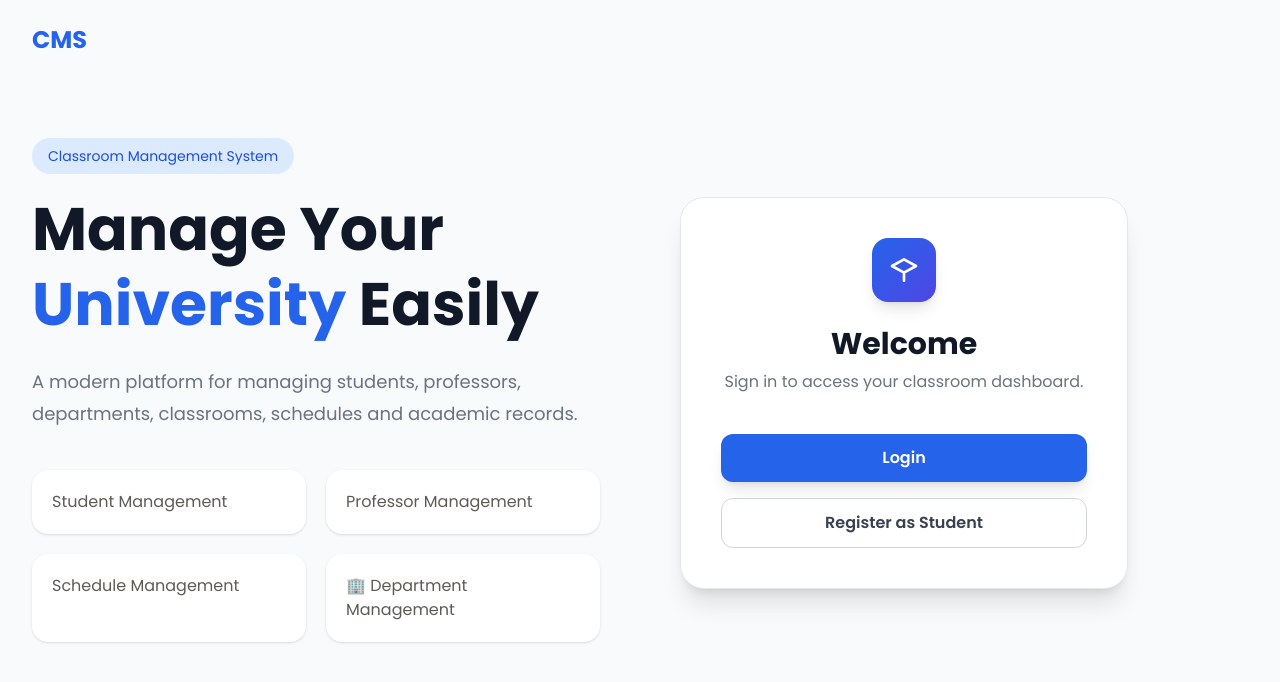
Repository: Chocovcandy/Classroom_Management_System
Page: http://localhost/Login_page
These files come from the project's save history. The page is drawn as it stood at one moment and after the next save; the edit follows.
The browser window is 1280 px wide. The pictures show the whole page.
Some web libraries are served in a nearby version. The page is served by the project's Laravel application, run on PHP 8.4 with Laravel 12.

Above is the page before, as saved 2026-07-22 11:16:46.

After the next save:
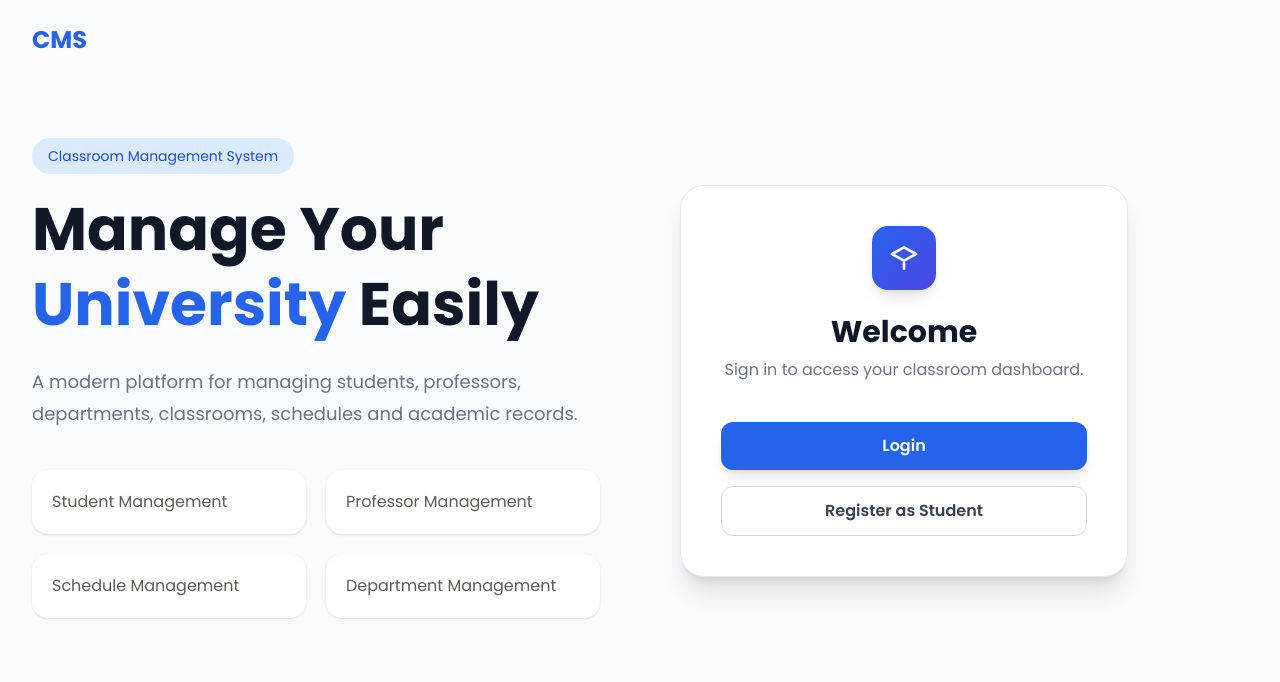
Saved 5 s later.
--- a/resources/views/Login_page.blade.php
+++ b/resources/views/Login_page.blade.php
@@ -69,7 +69,7 @@
                             </div>
 
                             <div class="bg-white rounded-2xl p-5 shadow">
-                                🏢 Department Management
+                                Department Management
                             </div>
 
                         </div>
